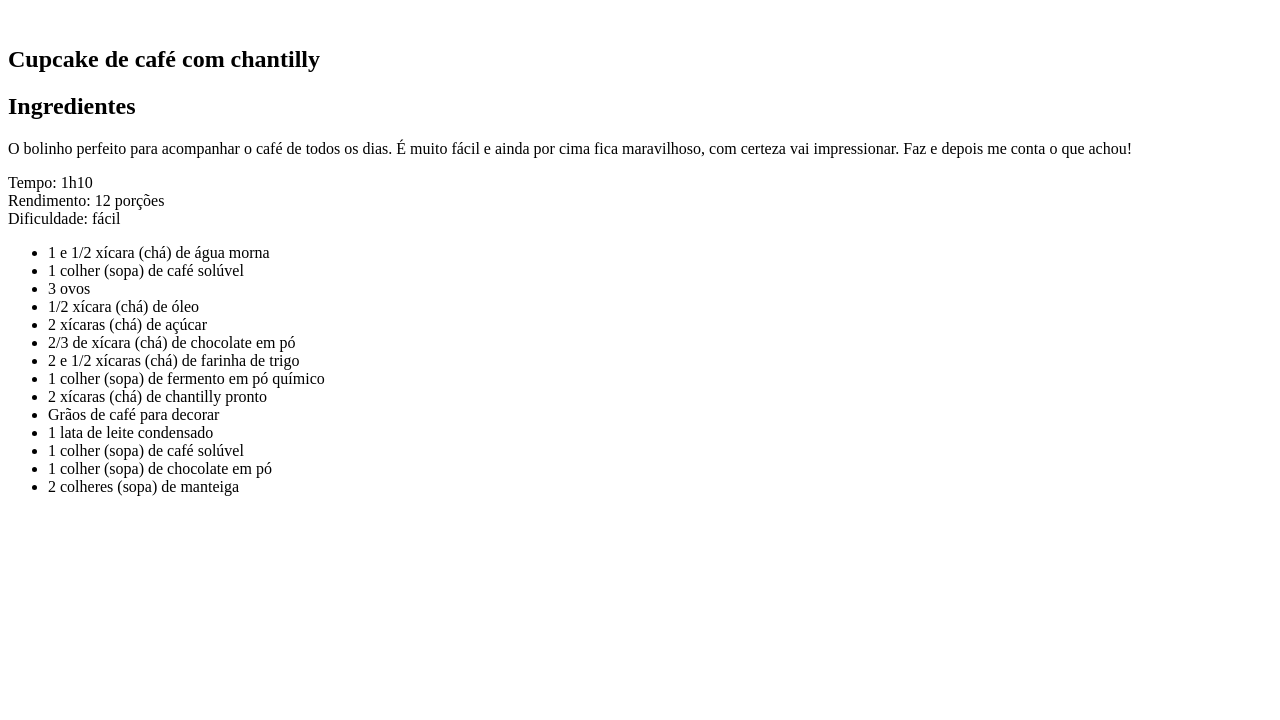
Repository: mati3110/full-stack
Page: Projeto_Receitas/index.html
These files come from the project's save history. The page is drawn as it stood at one moment and after the next save; the edit follows.
The browser window is 1280 px wide. The pictures show the whole page.

Above is the page before, as saved 2025-02-27 14:14:21.

After the next save:
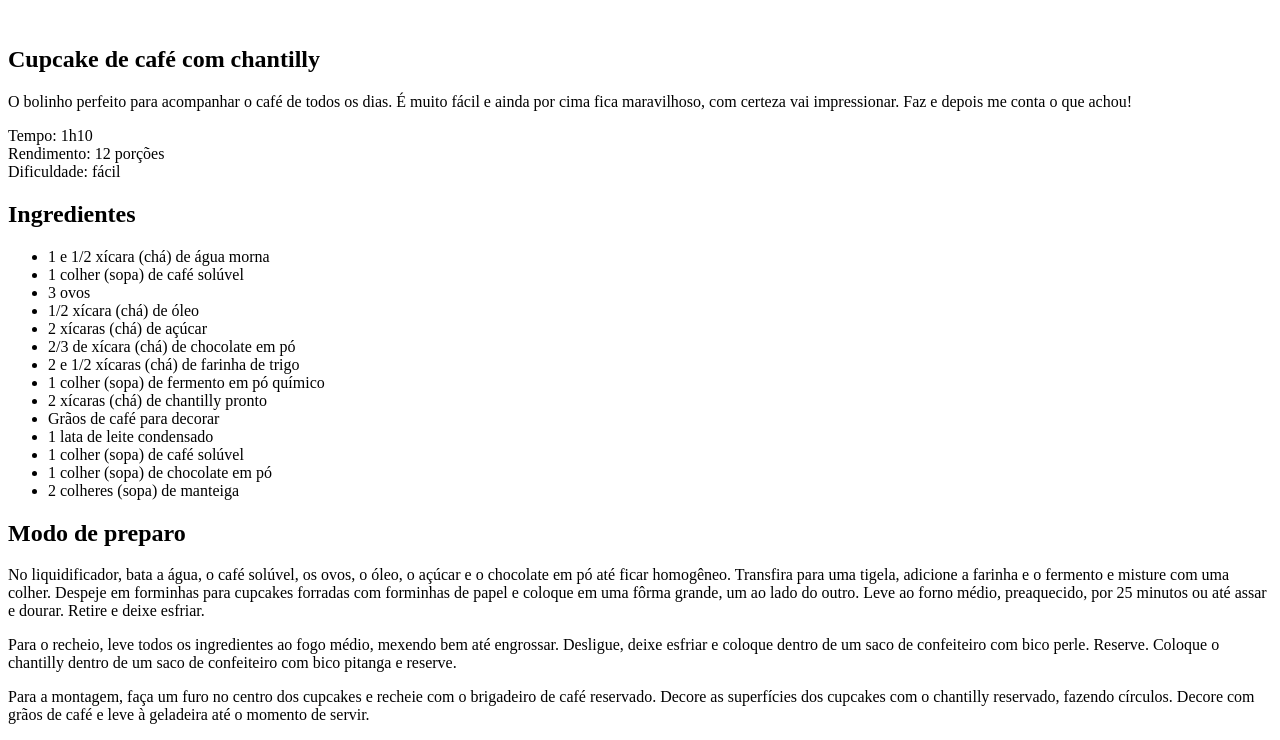
Saved 2 min 34 s later.
--- a/Projeto_Receitas/index.html
+++ b/Projeto_Receitas/index.html
@@ -12,7 +12,6 @@
             <main>
                 <section id="about">
                     <h1>Cupcake de café com chantilly</h1>
-                    <h2>Ingredientes</h2>
                     <p>
                         O bolinho perfeito para acompanhar o café de todos os dias. É muito fácil e ainda por cima fica maravilhoso, com certeza vai impressionar. Faz e depois me conta o que achou!
                     </p>
@@ -23,7 +22,7 @@
                     </p>
                 </section>
                 <section id="ingredients">
-
+                    <h2>Ingredientes</h2>
                     <ul>
                         <li>1 e 1/2 xícara (chá) de água morna</li>
                         <li>1 colher (sopa) de café solúvel</li>
@@ -41,7 +40,18 @@
                         <li>2 colheres (sopa) de manteiga </li>
                     </ul>
                 </section>
-                <section id="preparation"></section>
+                <section id="preparation">
+                    <h2>Modo de preparo</h2>
+                    <p>
+                        No liquidificador, bata a água, o café solúvel, os ovos, o óleo, o açúcar e o chocolate em pó até ficar homogêneo. Transfira para uma tigela, adicione a farinha e o fermento e misture com uma colher. Despeje em forminhas para cupcakes forradas com forminhas de papel e coloque em uma fôrma grande, um ao lado do outro. Leve ao forno médio, preaquecido, por 25 minutos ou até assar e dourar. Retire e deixe esfriar.
+                    </p>
+                    <p>
+                        Para o recheio, leve todos os ingredientes ao fogo médio, mexendo bem até engrossar. Desligue, deixe esfriar e coloque dentro de um saco de confeiteiro com bico perle. Reserve. Coloque o chantilly dentro de um saco de confeiteiro com bico pitanga e reserve.
+                    </p>
+                    <p>
+                        Para a montagem, faça um furo no centro dos cupcakes e recheie com o brigadeiro de café reservado. Decore as superfícies dos cupcakes com o chantilly reservado, fazendo círculos. Decore com grãos de café e leve à geladeira até o momento de servir.
+                    </p>
+                </section>
             </main>
         </div>
 
